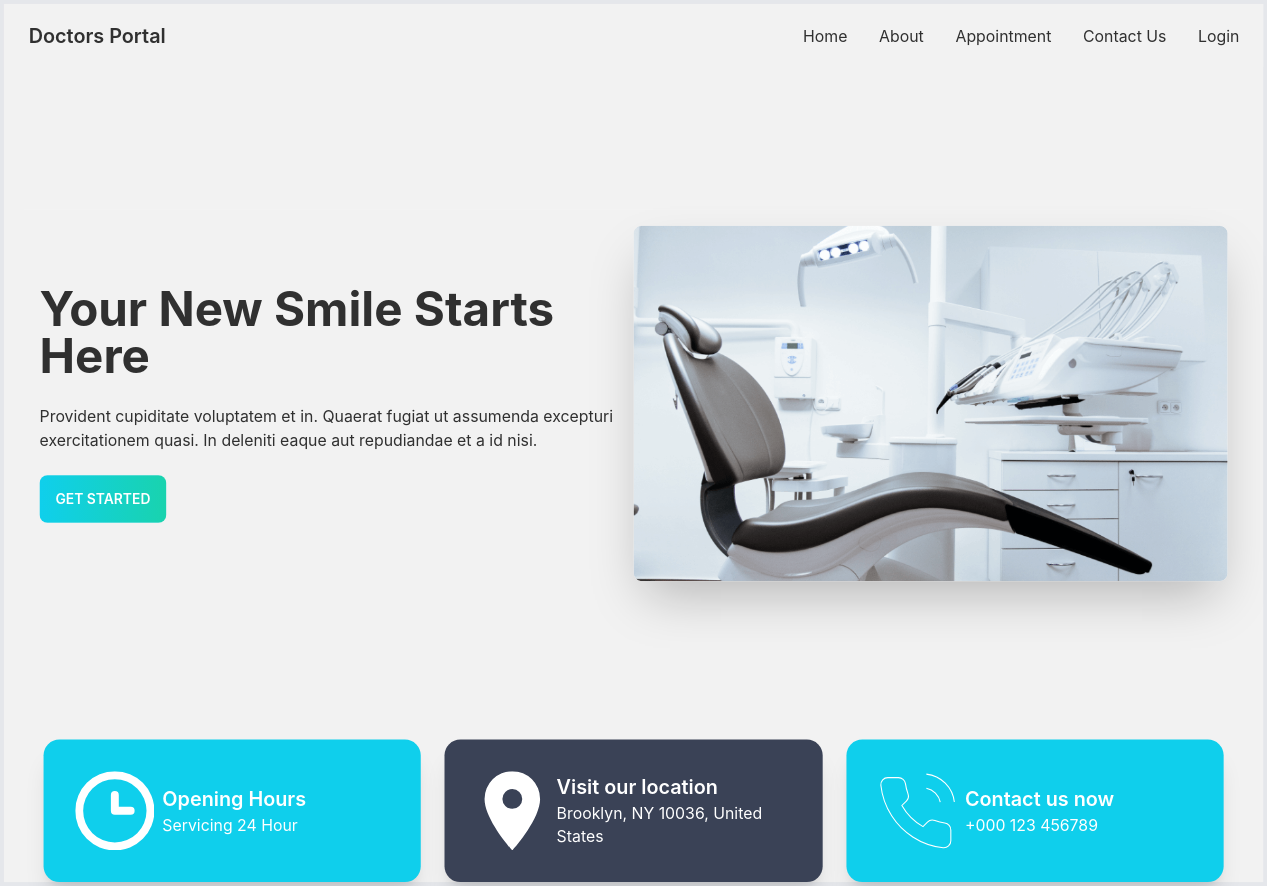
Repository: Samad77/Doctorportal-Client
Page: /
These files come from the project's save history. The page is drawn as it stood at one moment and after the next save; the edit follows.
The browser window is 1280 px wide. The pictures show the whole page, at 99% of full size.
The project was rebuilt for these pictures with package versions that can differ from the ones it lists, and the page was loaded fresh each time. Also part of the build but not shown: src/Pages/Login/Login.js.

Above is the page before, as saved 2022-11-12 11:26:30.

After the next save:
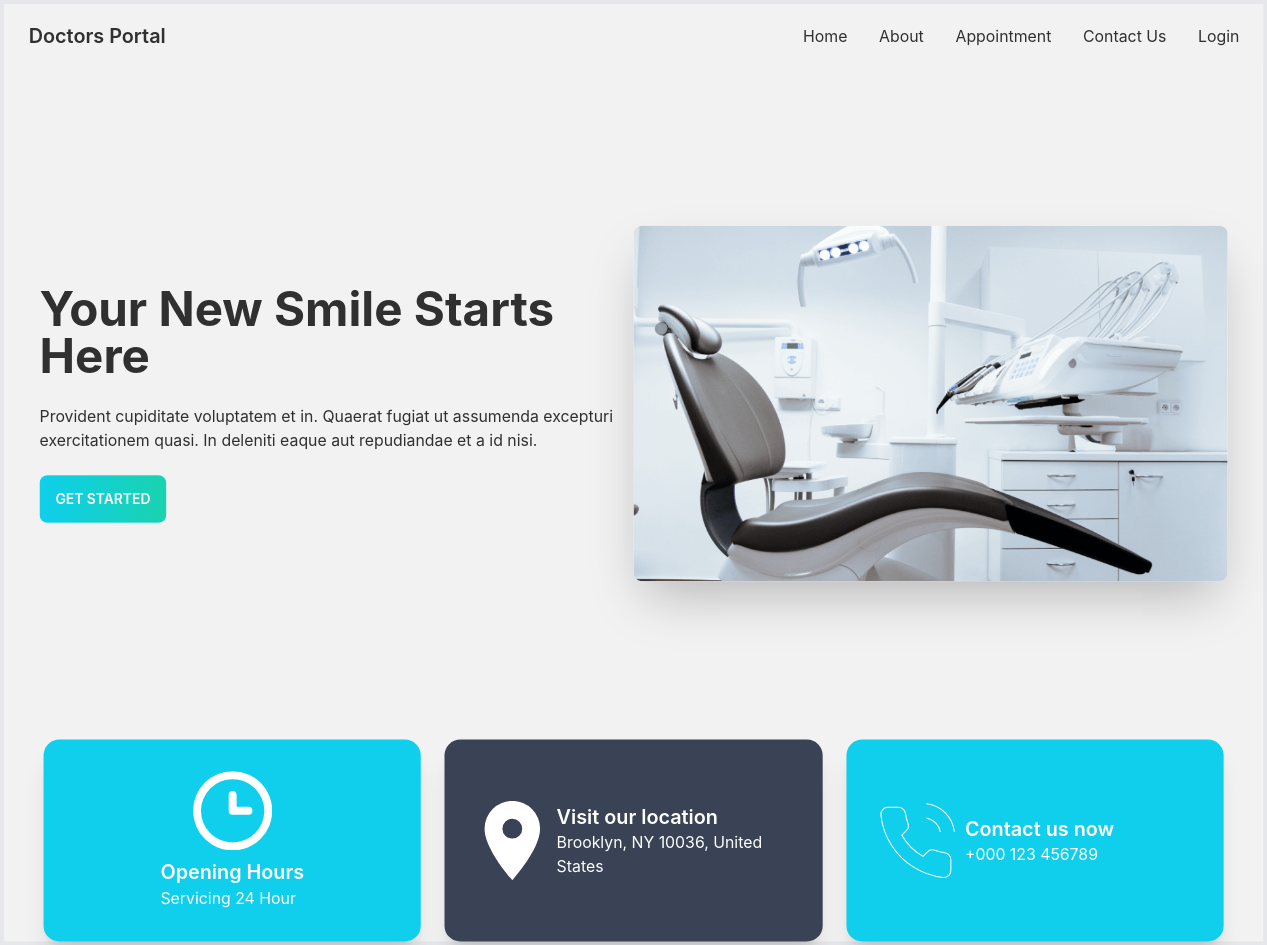
Saved 40 s later.
--- a/src/Pages/Home/Cards/Cards.js
+++ b/src/Pages/Home/Cards/Cards.js
@@ -8,7 +8,7 @@ const Cards = () => {
     return (
         <section className='grid grid-cols-3 px-5 gap-6 sm: grid-cols-1'>
             <div className="card  bg-primary text-white shadow-xl">
-                <div className="card-body lg :flex flex-row items-center">
+                <div className="card-body lg :flex flex-row items-center sm: flex flex-col">
                     <div className=''>
                         <img src={img1} alt="" className='w-20 h-20'/>
                     </div>
